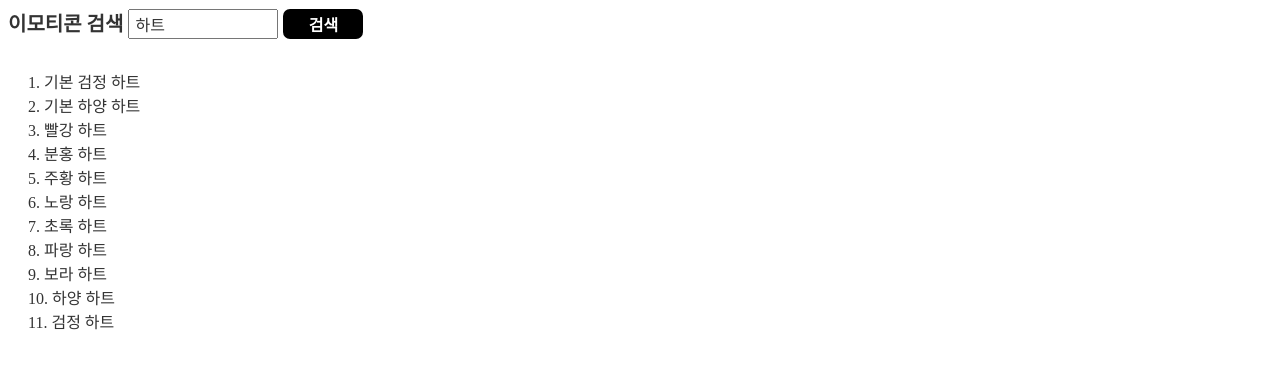
Repository: god5228god/Jsp
Page: WebApp03/WebContent/Test032.html
The author's editor kept a copy of each file at every save. The page is drawn from the files as they stood at one save, then again after the next save.
The browser window is 1280 px wide. The pictures show the whole page.

Above is the page before, as saved 2026-02-25 07:45:50.

### WebApp03/WebContent/Test032.html
<!DOCTYPE html>
<html>
<head>
<meta charset="UTF-8">
<title>Test032.html</title>
<style type="text/css">
		* {font-size: 16px; color: #333;}
	.btn{
			width: 80px; height: 30px; font-weight: bold;
			border: none; border-radius: 7px;
			background-color: #000; color: #fff;

		}
	.btn:hover{ border: 2px solid #000; color: #000; background-color: #fff;}
	a{font-size: 16px; color: #333; cursor: pointer; text-decoration: none; font-weight: normal;}
	a:hover{color:#0f77ff;}
	.searchBox{font-size: 20px; font-weight: bold;}
	.searchBox input[type="text"]{width: 150px; height: 30px; padding-left: 5px; box-sizing: border-box;}
	.aWrap{margin-left: 20px; margin-top: 30px;}

</style>
<script type="text/javascript">

	window.onload = function() {
		let aTag = document.querySelectorAll('a');
		for (let i = 0; i < aTag.length; i++) {
	        aTag[i].textContent = (i+1) + ". " + aTag[i].textContent;
	    }
	}

	function searchIcon(icon, name)
	{

		window.opener.document.getElementById("emoji").value = name;

		window.opener.document.getElementById("textContent").textContent += " "+icon;


		window.close();

	}
</script>
</head>
<body>
	<div class="searchBox">
		이모티콘 검색
		<input type="text" value="하트"  />
		<input type="button" value="검색" class="btn" /><br>

		<div class="aWrap" onclick="showList()">
			<a href="javascript:searchIcon('♥','기본 검정 하트')">기본 검정 하트</a><br>
			<a href="javascript:searchIcon('♡','기본 하양 하트 ')">기본 하양 하트</a><br>
			<a href="javascript:searchIcon('❤️','빨강 하트')">빨강 하트</a><br>
			<a href="javascript:searchIcon('🩷','분홍 하트')">분홍 하트</a><br>
			<a href="javascript:searchIcon('🧡','주황 하트')">주황 하트</a><br>
			<a href="javascript:searchIcon('💛','노랑 하트')">노랑 하트</a><br>
			<a href="javascript:searchIcon('💚','초록 하트')">초록 하트</a><br>
			<a href="javascript:searchIcon('💙','파랑 하트')">파랑 하트</a><br>
			<a href="javascript:searchIcon('💜','보라 하트')">보라 하트</a><br>
			<a href="javascript:searchIcon('🤍','하양 하트')">하양 하트</a><br>
			<a href="javascript:searchIcon('🖤','검정 하트')">검정 하트</a><br>
		</div>

	</div>
</body>
</html>

After the next save:
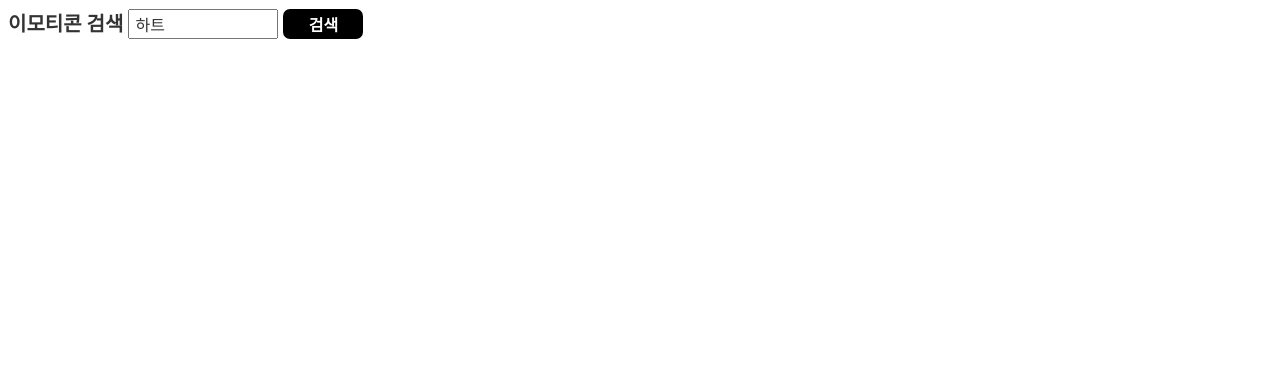
Saved 27 s later.
--- a/WebApp03/WebContent/Test032.html
+++ b/WebApp03/WebContent/Test032.html
@@ -16,7 +16,7 @@
 	a:hover{color:#0f77ff;}
 	.searchBox{font-size: 20px; font-weight: bold;}
 	.searchBox input[type="text"]{width: 150px; height: 30px; padding-left: 5px; box-sizing: border-box;}
-	.aWrap{margin-left: 20px; margin-top: 30px;}
+	.aWrap{display: none; margin-left: 20px; margin-top: 30px;}
 
 </style>
 <script type="text/javascript">
@@ -37,6 +37,12 @@
 
 
 		window.close();
+
+	}
+
+	function showList()
+	{
+
 
 	}
 </script>
